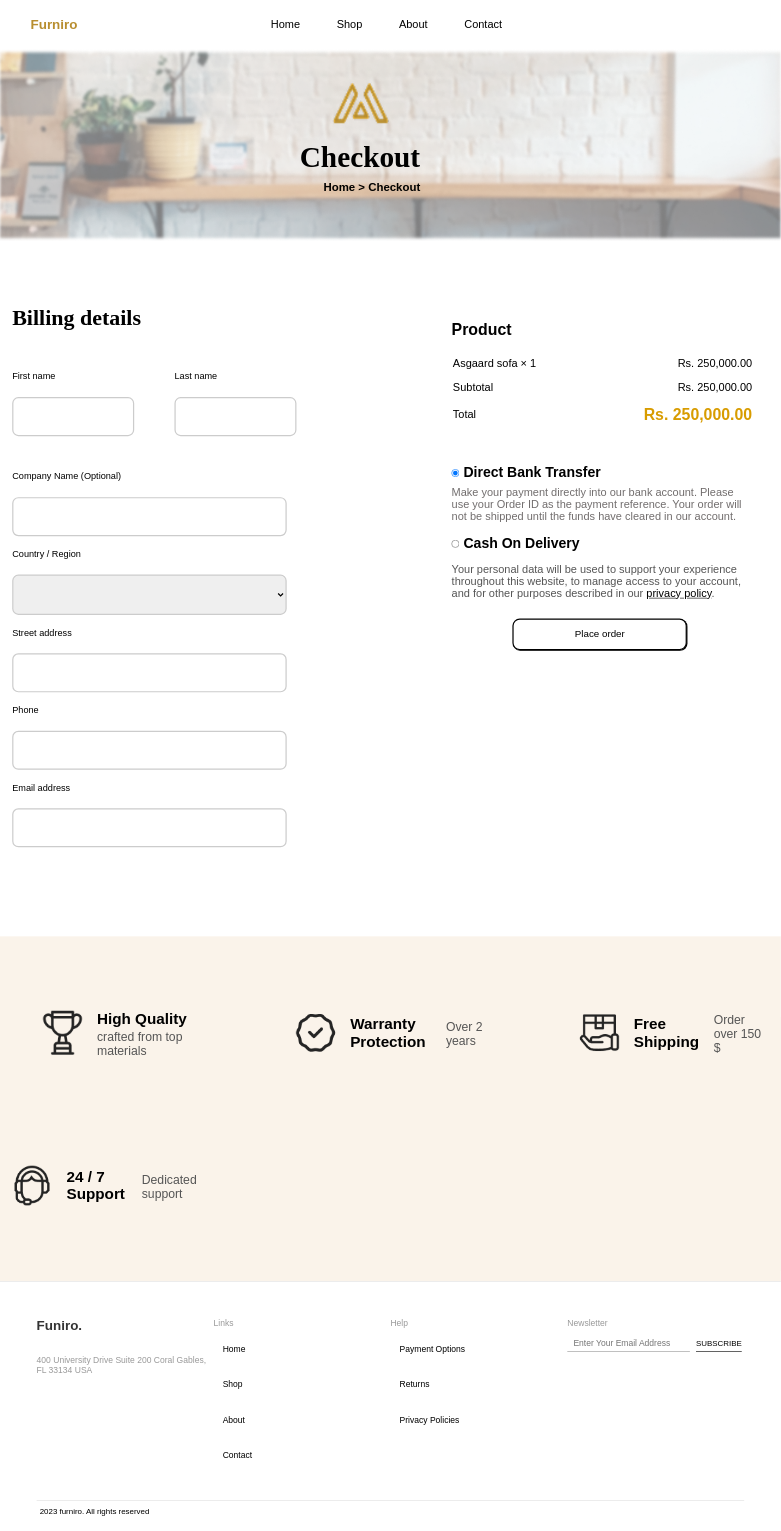
Repository: Ali1Kh/Furniro-ITI
Page: pages/checkout.html
An editor plug-in stored every save of this project. The page is shown before and after a run of saves, followed by the edit.
The browser window is 1280 px wide. The pictures show the whole page, at 61% of full size.

Above is the page before, as saved 2025-07-19 21:59:23.

After the next 2 saves:
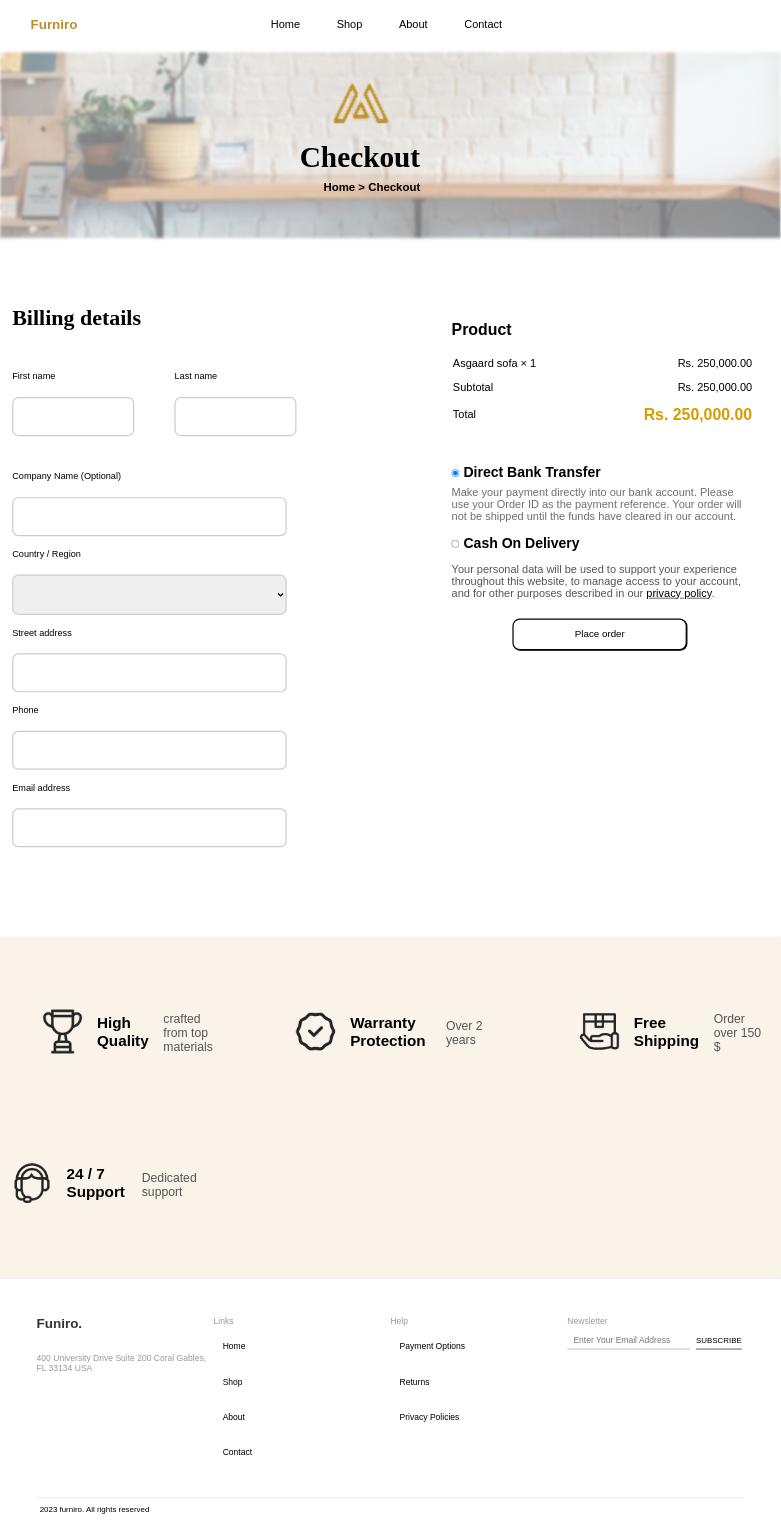
The 2 saves are shown as one change because they came seconds apart.
The last was saved 10 s later.
--- a/pages/checkout.html
+++ b/pages/checkout.html
@@ -154,10 +154,10 @@
       <div class="quality-box"
         style="display: flex; gap: 1.5rem; padding-top: 80px; padding-bottom: 80px;width: 25%;padding-left: 50px;">
         <div><img src="../assets/icons/Group copy.png" alt=""></div>
-        <div class="r">
+
           <h2>High Quality</h2>
           <p>crafted from top materials</p>
-        </div>
+
 
       </div>
       <div class="quality-box" style="display: flex; gap: 1.5rem; padding-top: 80px; padding-bottom: 80px;width: 25%;">
